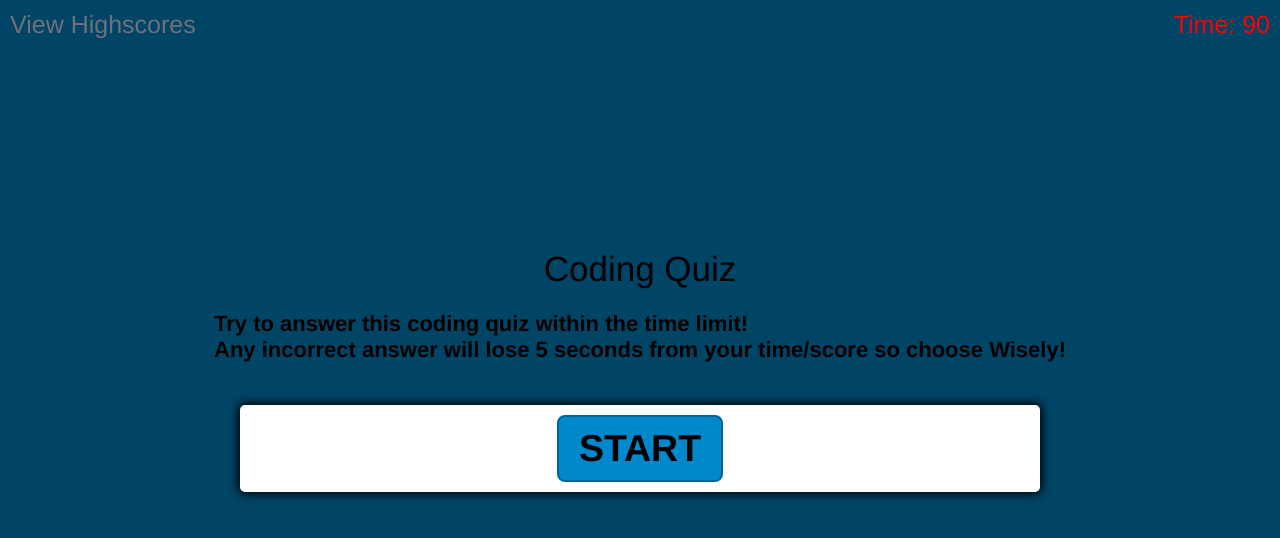
Repository: Vshepard879/Code-Quiz
Page: index.html
The author's editor kept a copy of each file at every save. The page is drawn from the files as they stood at one save, then again after the next save.
The browser window is 1280 px wide. The pictures show the whole page.

Above is the page before, as saved 2022-03-20 03:53:16.

After the next save:
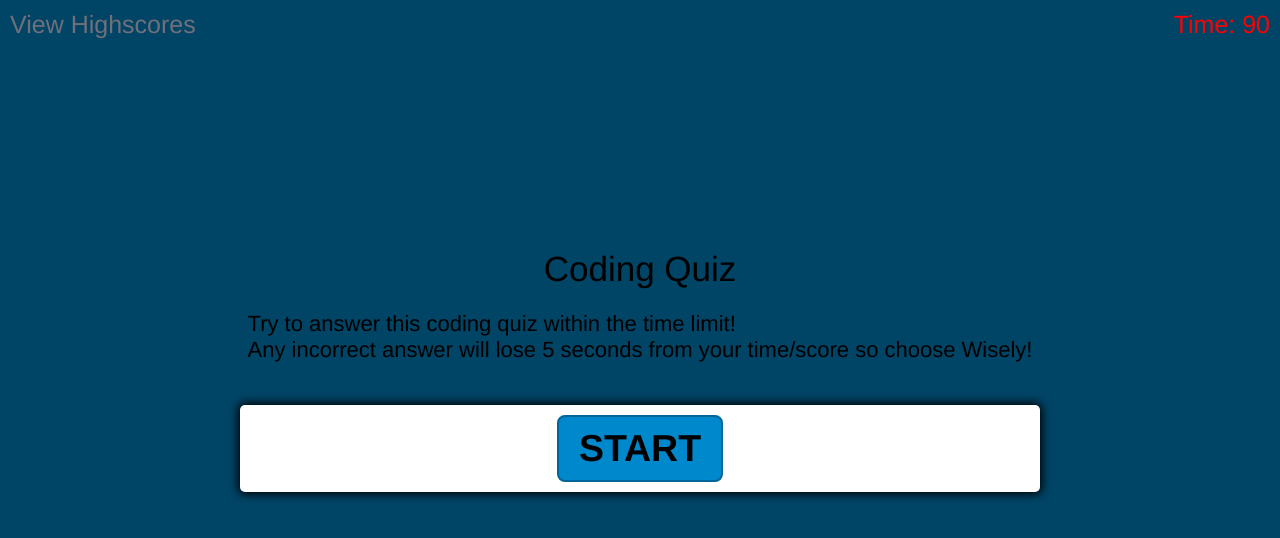
Saved 27 s later.
--- a/assets/css/style.css
+++ b/assets/css/style.css
@@ -64,7 +64,7 @@ body{
 p {
     color:black;
     font-size: 22px;
-    font-weight: bold;
+    font-style: bold;
 }
 
  .container {
